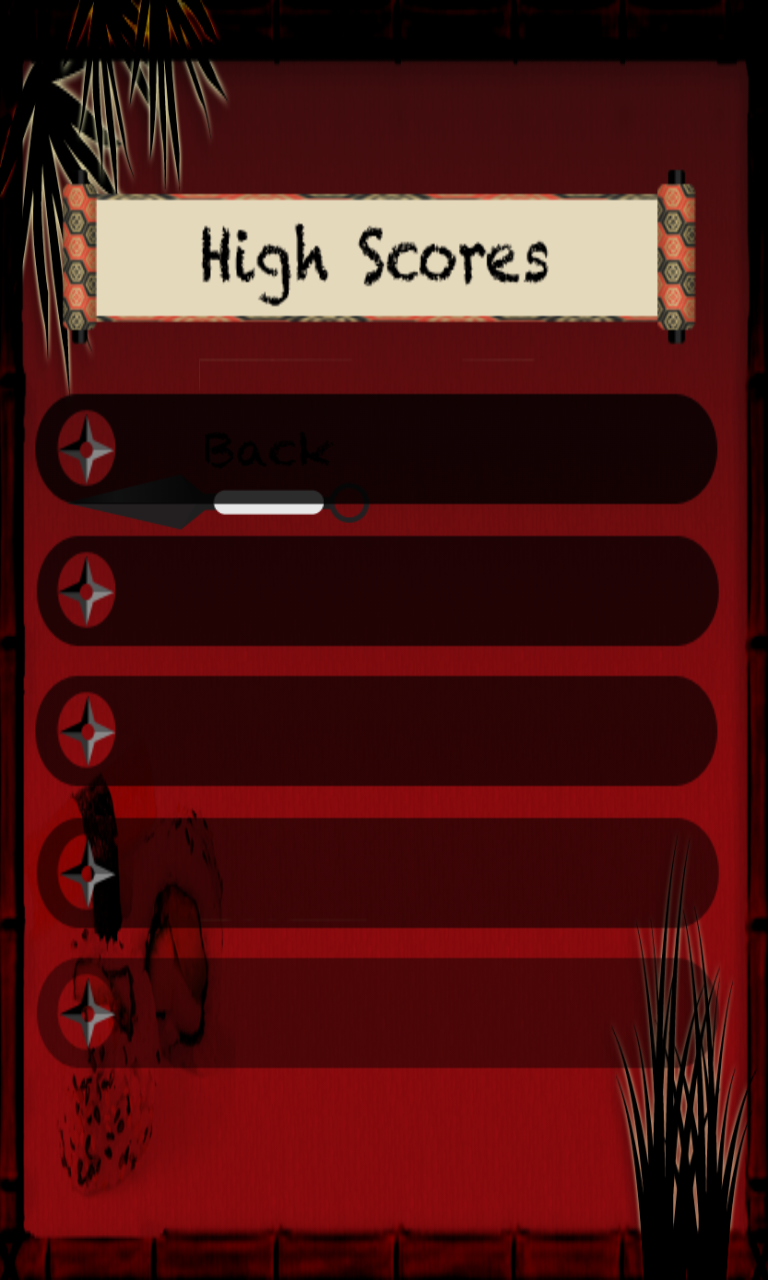
Repository: Kreispy/Sushi-Samurai
Layout: SushiNinja/res/layout/leaderboard.xml
An editor plug-in stored every save of this project. The layout is shown before and after the next save, followed by the edit.
It is drawn on a 768 x 1280 px phone screen (xhdpi) without system bars, with theme android:Theme.Black.NoTitleBar.Fullscreen; the app's code is not run.

Above is the layout before, as saved 2013-04-25 08:08:36.

### SushiNinja/res/layout/leaderboard.xml
<?xml version="1.0" encoding="utf-8"?>
<RelativeLayout xmlns:android="http://schemas.android.com/apk/res/android"
    android:layout_width="fill_parent"
    android:layout_height="fill_parent"
    android:background="@drawable/background_red" >

    <Button
        android:id="@+id/back"
        android:layout_width="wrap_content"
        android:layout_height="wrap_content"
        android:layout_alignParentLeft="true"
        android:layout_alignParentTop="true"
        android:layout_marginLeft="20dp"
        android:layout_marginTop="202dp"
        android:background = "@drawable/backbutton"
        />

    <TextView
        android:id="@+id/scoreboard"
        android:layout_width="500dp"
        android:layout_height="500dp"
        android:layout_centerHorizontal="true"
        android:layout_centerVertical="true"
        android:layout_marginTop="35dp"
        android:background="@drawable/leaderboard"
        android:gravity="center"
        android:lineSpacingExtra ="40dp"
        android:textSize="@dimen/text25"
        android:typeface="sans" />

    </RelativeLayout>

### SushiNinja/res/drawable-hdpi/backbutton.xml
<?xml version="1.0" encoding="utf-8"?>
<selector xmlns:android="http://schemas.android.com/apk/res/android" >
       <item android:drawable="@drawable/back_button_focused"
          android:state_pressed="true" />
    <item android:drawable="@drawable/back_button_focused"
          android:state_focused="true" />
    <item android:drawable="@drawable/back_button_normal" />

</selector>

### SushiNinja/res/values/dimens.xml
<?xml version="1.0" encoding="utf-8"?>
<resources>
    <dimen name="textSize">15dp</dimen>
    <dimen name="text25">25dp</dimen>
    <dimen name="text20">20dp</dimen>
    <dimen name="width75">75dp</dimen>
    <dimen name="width120">120dp</dimen>
    <dimen name="text35">35dp</dimen>
    <dimen name="text15">15dp</dimen>
</resources>

After the next save:
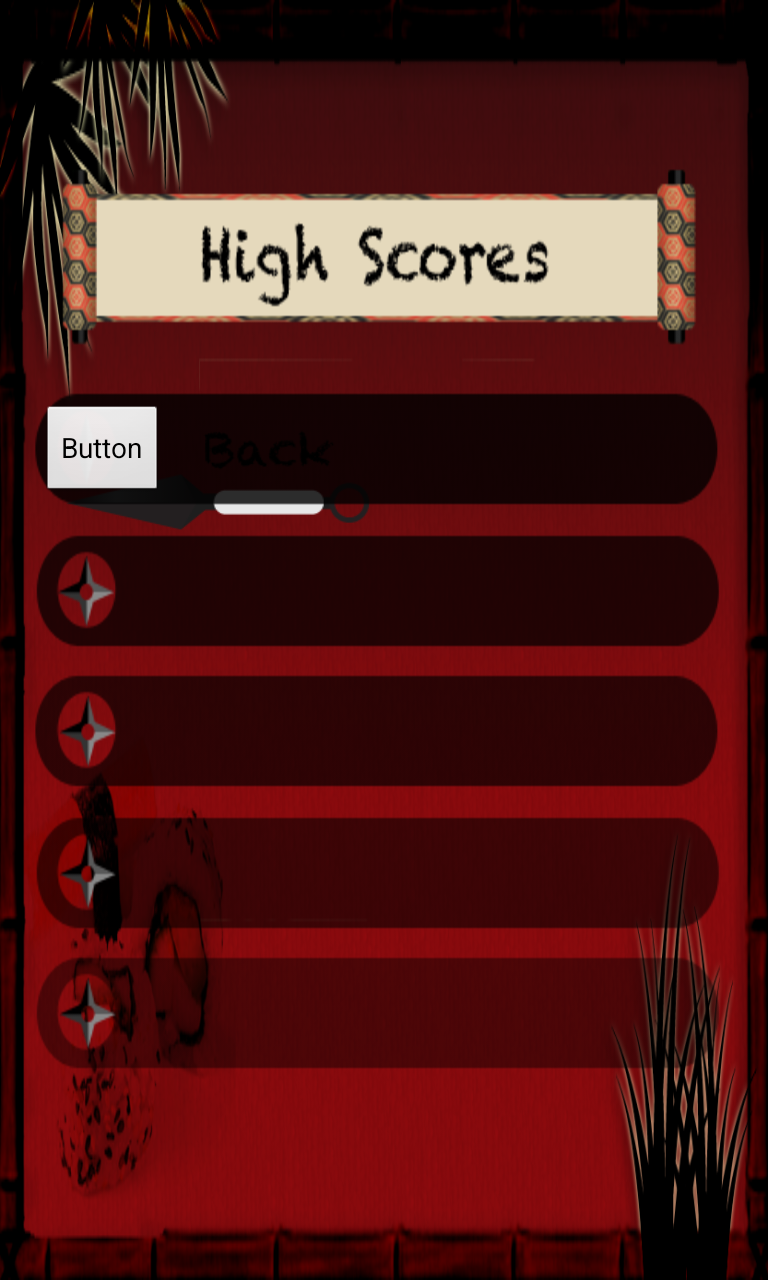
Saved 5 min 38 s later.
--- a/SushiNinja/res/layout/leaderboard.xml
+++ b/SushiNinja/res/layout/leaderboard.xml
@@ -28,4 +28,14 @@
         android:textSize="@dimen/text25"
         android:typeface="sans" />
 
+    <Button
+        android:id="@+id/stats"
+         android:layout_width="wrap_content"
+        android:layout_height="wrap_content"
+        android:layout_alignParentLeft="true"
+        android:layout_alignParentTop="true"
+        android:layout_marginLeft="20dp"
+        android:layout_marginTop="202dp"
+        android:text="Button" />
+
     </RelativeLayout>
